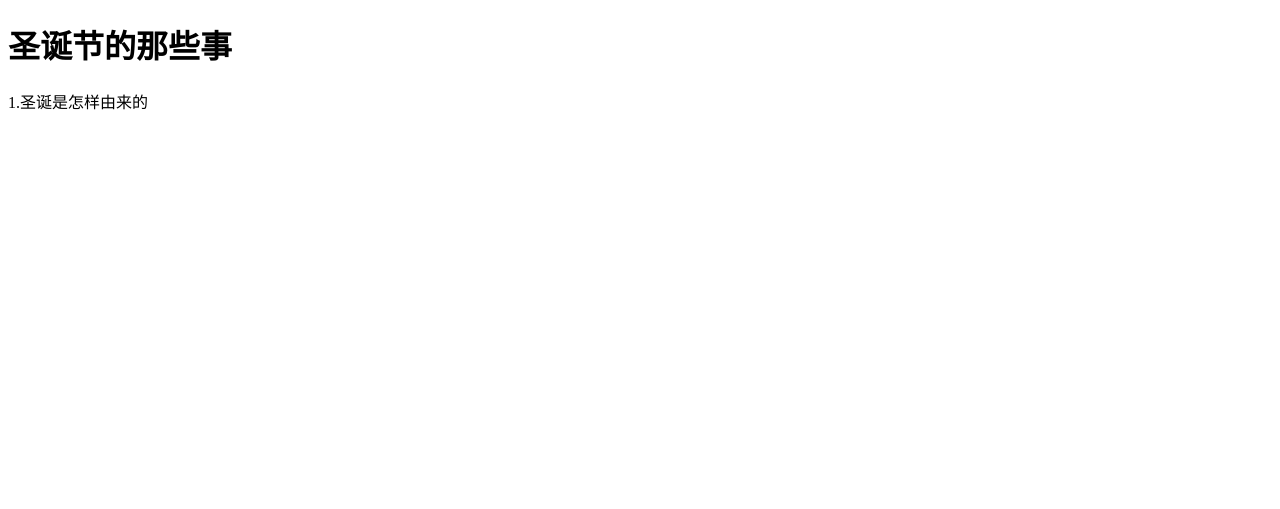
Repository: 129021/Front-end-learning
Page: 17-综合案例/demo.html
The author's editor kept a copy of each file at every save. The page is drawn from the files as they stood at one save, then again after a run of saves.
The browser window is 1280 px wide. The pictures show the whole page.

Above is the page before, as saved 2021-10-15 16:44:40.

### 17-综合案例/demo.html
<!DOCTYPE html>
<html lang="en">

<head>
    <meta charset="UTF-8">
    <meta http-equiv="X-UA-Compatible" content="IE=edge">
    <meta name="viewport" content="width=device-width, initial-scale=1.0">
    <title>Document</title>
</head>

<body>
    <h1>圣诞节的那些事</h1>
    1.圣诞是怎样由来的<br 2.圣诞老人的由来 3.圣诞树的由来 圣诞是怎样由来的 圣诞节是基督教世界最大的节日。一般认为12月25日作为圣诞节可能开始于公元336年的罗马教会。4世纪初，1月6日是罗马帝国东部各教会纪念耶稣降生和受洗的双重节日，即上帝通过耶稣向世人显示自己。 这一天又是罗马历书的冬至节，意味着万物复苏的开始。可能由于这个原因，罗马教会才选择这一天作为圣诞节。后来，因为各地教会使用的历书不同，具体日期不能统一，于是就把12月24日到第二年的1月6日定为圣诞节节期（Christmas
        Tide），各地教会可以根据当地具体情况在这段节期之内庆祝圣诞节。 在欧美许多国家里，人们非常重视这个节日，把它和新年连在一起，而庆祝活动之热闹与隆重大大超过了新年，成为一个全民的节日。12月24日平安夜、12月25日圣诞节的主要纪念活动都与耶稣降生的传说有关 。 圣诞老人的由来 圣诞节当然少不了圣诞老人，根据圣经记载，书中并没有提起这一号人物。到底他是如何成为圣诞的主角之一呢？ 相传在一千六百多年前，荷兰巴里地方有一个老人，名叫尼古拉斯，他一生最爱帮助贫穷的人家。其中有一次他帮助三个贫穷的少女，送她们三袋金子以逃过被卖的不幸。
        到了一八二二年，由荷兰传教士把这位伟大慈善家的故事传到美国，装扮圣诞老人渐渐地流行于世界各国。根据调查，以上故事还有下文；当尼古拉斯偷偷把其中一袋金子送给其中一名女子时，他把金子从其中一个窗户扔进去，恰好掉进晾在壁炉上的一只长袜中。于是，将礼物放在圣诞袜子的送礼方法便传到至今。 在平安夜里，孩子总会把一双双色彩缤纷的袜子挂在床头，然后在袜子旁边放杯热牛奶让圣诞老人喝，以让劳苦功高的圣诞老人解渴，并送份大礼给自己。? 圣诞树的由来 圣诞一直是庆祝圣诞节不可少的装饰物，如果家中没有圣诞树，就大大减少了过节气氛。关于圣诞树的来源有多种不同的传说。
        其中一个是说：大约在十六世纪，圣诞树最先出现在德国，德国人把长青的松柏枝拿到屋中去摆设，将之成为圣诞树。后来，由德国人马丁路德把蜡烛放在树林中的枞树枝，然后点燃蜡烛，使它看起来像是引导人们到伯利恒去。而近今日，人们已经改用粉色的小灯泡了。 另一个传说记载。在很久以前，曾有一位农民，在圣诞节那天遇到一个穷苦小孩，他热情地接待了这个儿童。儿童临走时折下一根松枝插在地上，松枝立即变成一棵树，上面都挂满礼物，以答谢农民的好意。 圣诞树真正出现在圣诞节时，首先见于德国，之后又传入欧洲和美国，并以其优美的姿态，成为圣诞节不可缺少的装饰。圣诞树的种类繁多，有天然松柏圣诞树、也有人造圣诞树及白色圣诞树。
        每棵圣诞树上都挂满琳琅满目的装饰品，但每棵树的顶端必定有个特大的星星，象征三博士跟随该星而找到耶稣，而且也只有该家庭的一家之主可以把这棵希望之星挂上。 更多内容可以 百度一下 </body>

</html>

After the next 3 saves:
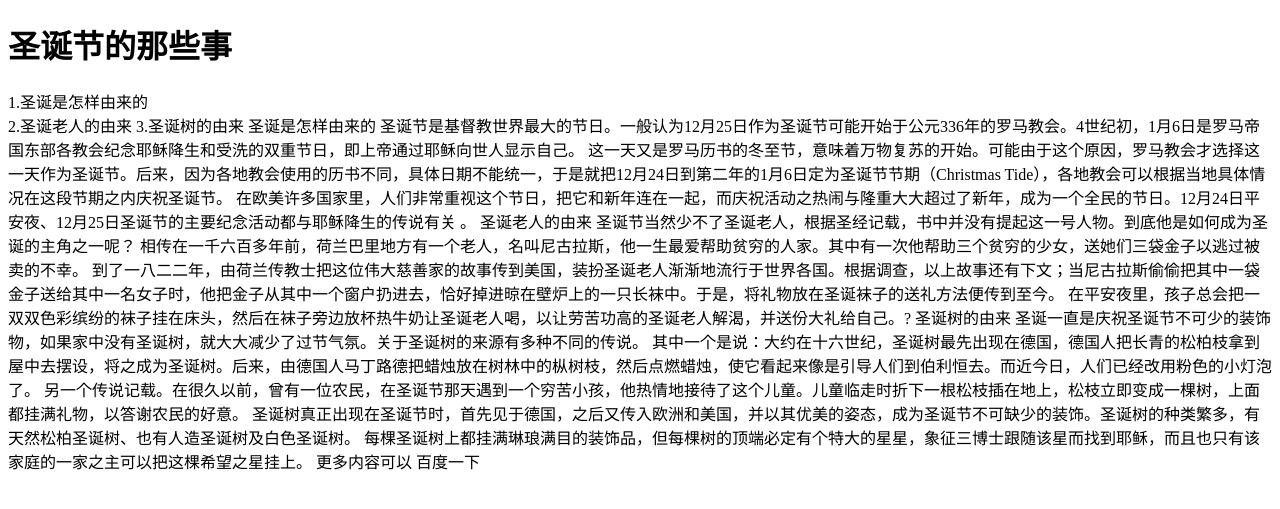
The 3 saves are shown as one change because they came seconds apart.
The last was saved 9 s later.
--- a/17-综合案例/demo.html
+++ b/17-综合案例/demo.html
@@ -10,10 +10,10 @@
 
 <body>
     <h1>圣诞节的那些事</h1>
-    1.圣诞是怎样由来的<br 2.圣诞老人的由来 3.圣诞树的由来 圣诞是怎样由来的 圣诞节是基督教世界最大的节日。一般认为12月25日作为圣诞节可能开始于公元336年的罗马教会。4世纪初，1月6日是罗马帝国东部各教会纪念耶稣降生和受洗的双重节日，即上帝通过耶稣向世人显示自己。 这一天又是罗马历书的冬至节，意味着万物复苏的开始。可能由于这个原因，罗马教会才选择这一天作为圣诞节。后来，因为各地教会使用的历书不同，具体日期不能统一，于是就把12月24日到第二年的1月6日定为圣诞节节期（Christmas
-        Tide），各地教会可以根据当地具体情况在这段节期之内庆祝圣诞节。 在欧美许多国家里，人们非常重视这个节日，把它和新年连在一起，而庆祝活动之热闹与隆重大大超过了新年，成为一个全民的节日。12月24日平安夜、12月25日圣诞节的主要纪念活动都与耶稣降生的传说有关 。 圣诞老人的由来 圣诞节当然少不了圣诞老人，根据圣经记载，书中并没有提起这一号人物。到底他是如何成为圣诞的主角之一呢？ 相传在一千六百多年前，荷兰巴里地方有一个老人，名叫尼古拉斯，他一生最爱帮助贫穷的人家。其中有一次他帮助三个贫穷的少女，送她们三袋金子以逃过被卖的不幸。
-        到了一八二二年，由荷兰传教士把这位伟大慈善家的故事传到美国，装扮圣诞老人渐渐地流行于世界各国。根据调查，以上故事还有下文；当尼古拉斯偷偷把其中一袋金子送给其中一名女子时，他把金子从其中一个窗户扔进去，恰好掉进晾在壁炉上的一只长袜中。于是，将礼物放在圣诞袜子的送礼方法便传到至今。 在平安夜里，孩子总会把一双双色彩缤纷的袜子挂在床头，然后在袜子旁边放杯热牛奶让圣诞老人喝，以让劳苦功高的圣诞老人解渴，并送份大礼给自己。? 圣诞树的由来 圣诞一直是庆祝圣诞节不可少的装饰物，如果家中没有圣诞树，就大大减少了过节气氛。关于圣诞树的来源有多种不同的传说。
-        其中一个是说：大约在十六世纪，圣诞树最先出现在德国，德国人把长青的松柏枝拿到屋中去摆设，将之成为圣诞树。后来，由德国人马丁路德把蜡烛放在树林中的枞树枝，然后点燃蜡烛，使它看起来像是引导人们到伯利恒去。而近今日，人们已经改用粉色的小灯泡了。 另一个传说记载。在很久以前，曾有一位农民，在圣诞节那天遇到一个穷苦小孩，他热情地接待了这个儿童。儿童临走时折下一根松枝插在地上，松枝立即变成一棵树，上面都挂满礼物，以答谢农民的好意。 圣诞树真正出现在圣诞节时，首先见于德国，之后又传入欧洲和美国，并以其优美的姿态，成为圣诞节不可缺少的装饰。圣诞树的种类繁多，有天然松柏圣诞树、也有人造圣诞树及白色圣诞树。
-        每棵圣诞树上都挂满琳琅满目的装饰品，但每棵树的顶端必定有个特大的星星，象征三博士跟随该星而找到耶稣，而且也只有该家庭的一家之主可以把这棵希望之星挂上。 更多内容可以 百度一下 </body>
+    1.圣诞是怎样由来的<br /> 2.圣诞老人的由来 3.圣诞树的由来 圣诞是怎样由来的 圣诞节是基督教世界最大的节日。一般认为12月25日作为圣诞节可能开始于公元336年的罗马教会。4世纪初，1月6日是罗马帝国东部各教会纪念耶稣降生和受洗的双重节日，即上帝通过耶稣向世人显示自己。 这一天又是罗马历书的冬至节，意味着万物复苏的开始。可能由于这个原因，罗马教会才选择这一天作为圣诞节。后来，因为各地教会使用的历书不同，具体日期不能统一，于是就把12月24日到第二年的1月6日定为圣诞节节期（Christmas
+    Tide），各地教会可以根据当地具体情况在这段节期之内庆祝圣诞节。 在欧美许多国家里，人们非常重视这个节日，把它和新年连在一起，而庆祝活动之热闹与隆重大大超过了新年，成为一个全民的节日。12月24日平安夜、12月25日圣诞节的主要纪念活动都与耶稣降生的传说有关 。 圣诞老人的由来 圣诞节当然少不了圣诞老人，根据圣经记载，书中并没有提起这一号人物。到底他是如何成为圣诞的主角之一呢？ 相传在一千六百多年前，荷兰巴里地方有一个老人，名叫尼古拉斯，他一生最爱帮助贫穷的人家。其中有一次他帮助三个贫穷的少女，送她们三袋金子以逃过被卖的不幸。
+    到了一八二二年，由荷兰传教士把这位伟大慈善家的故事传到美国，装扮圣诞老人渐渐地流行于世界各国。根据调查，以上故事还有下文；当尼古拉斯偷偷把其中一袋金子送给其中一名女子时，他把金子从其中一个窗户扔进去，恰好掉进晾在壁炉上的一只长袜中。于是，将礼物放在圣诞袜子的送礼方法便传到至今。 在平安夜里，孩子总会把一双双色彩缤纷的袜子挂在床头，然后在袜子旁边放杯热牛奶让圣诞老人喝，以让劳苦功高的圣诞老人解渴，并送份大礼给自己。? 圣诞树的由来 圣诞一直是庆祝圣诞节不可少的装饰物，如果家中没有圣诞树，就大大减少了过节气氛。关于圣诞树的来源有多种不同的传说。
+    其中一个是说：大约在十六世纪，圣诞树最先出现在德国，德国人把长青的松柏枝拿到屋中去摆设，将之成为圣诞树。后来，由德国人马丁路德把蜡烛放在树林中的枞树枝，然后点燃蜡烛，使它看起来像是引导人们到伯利恒去。而近今日，人们已经改用粉色的小灯泡了。 另一个传说记载。在很久以前，曾有一位农民，在圣诞节那天遇到一个穷苦小孩，他热情地接待了这个儿童。儿童临走时折下一根松枝插在地上，松枝立即变成一棵树，上面都挂满礼物，以答谢农民的好意。 圣诞树真正出现在圣诞节时，首先见于德国，之后又传入欧洲和美国，并以其优美的姿态，成为圣诞节不可缺少的装饰。圣诞树的种类繁多，有天然松柏圣诞树、也有人造圣诞树及白色圣诞树。
+    每棵圣诞树上都挂满琳琅满目的装饰品，但每棵树的顶端必定有个特大的星星，象征三博士跟随该星而找到耶稣，而且也只有该家庭的一家之主可以把这棵希望之星挂上。 更多内容可以 百度一下 </body>
 
 </html>
